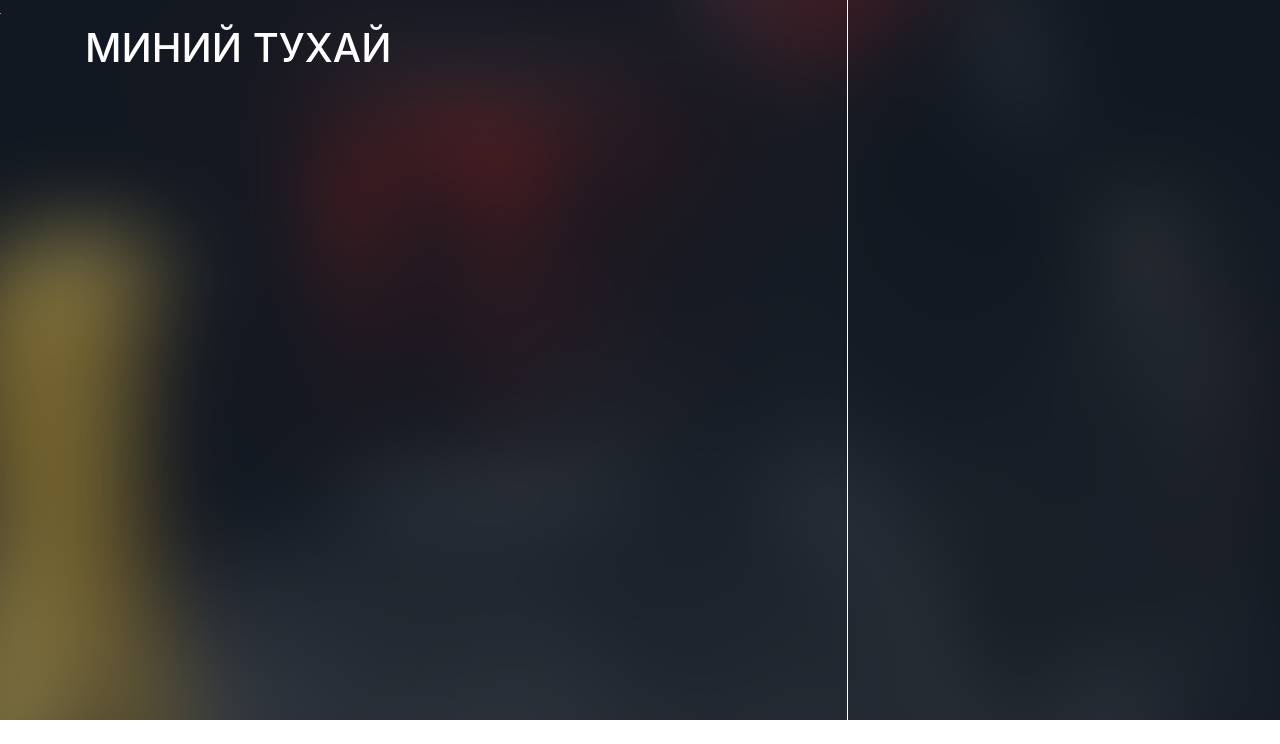
Repository: Yondo202/svProject
Page: /
An editor plug-in stored every save of this project. The page is shown before and after the next save, followed by the edit.
The browser window is 1280 px wide. The pictures show the whole page.
The project was rebuilt for these pictures with package versions that can differ from the ones it lists, and the page was loaded fresh each time. The framework's server and built-in components were replaced by stand-ins that run in the browser. Also part of the build but not shown: next.config.js, style/style.scss.

Above is the page before, as saved 2020-11-18 21:23:18.

After the next save:
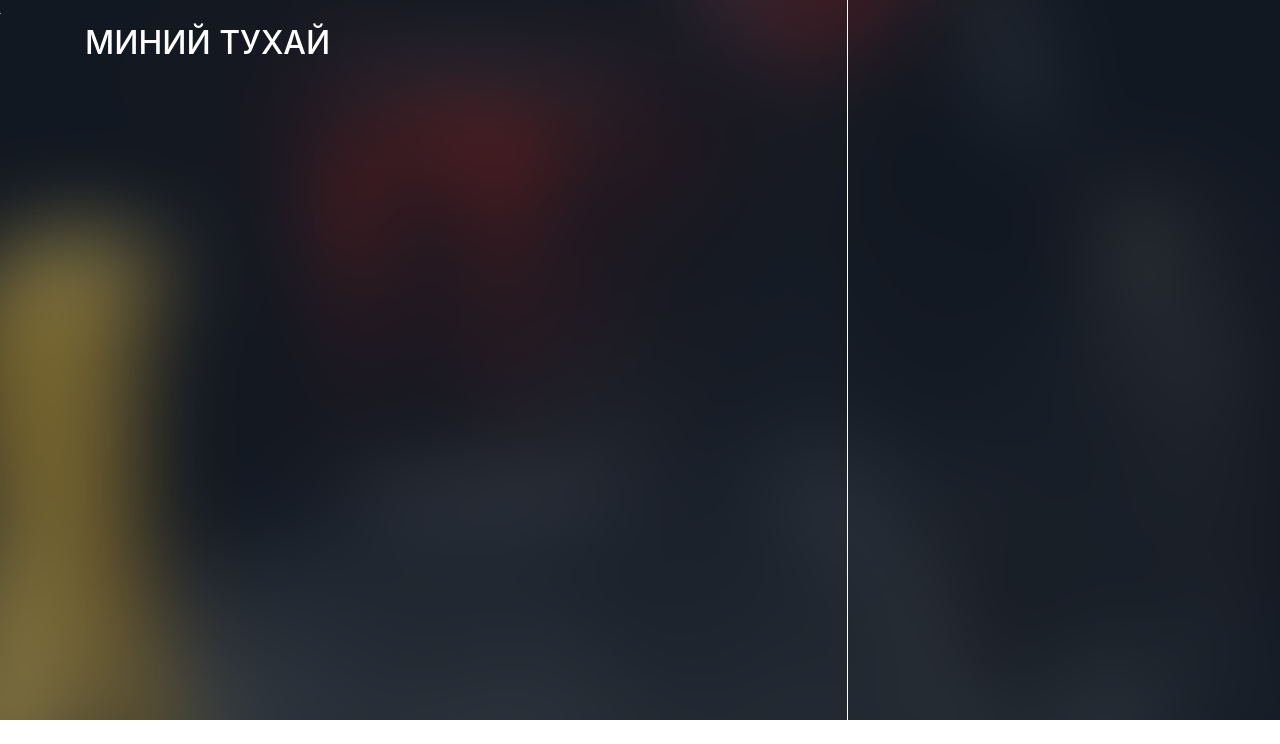
Saved 16 s later.
--- a/components/Forms.js
+++ b/components/Forms.js
@@ -34,7 +34,7 @@ function Forms() {
         <Conainer  className="container">
 
           <div className="Header">
-              <h1>МИНИЙ ТУХАЙ</h1>
+              <h2>МИНИЙ ТУХАЙ</h2>
           </div>
 
         {/* <div>
